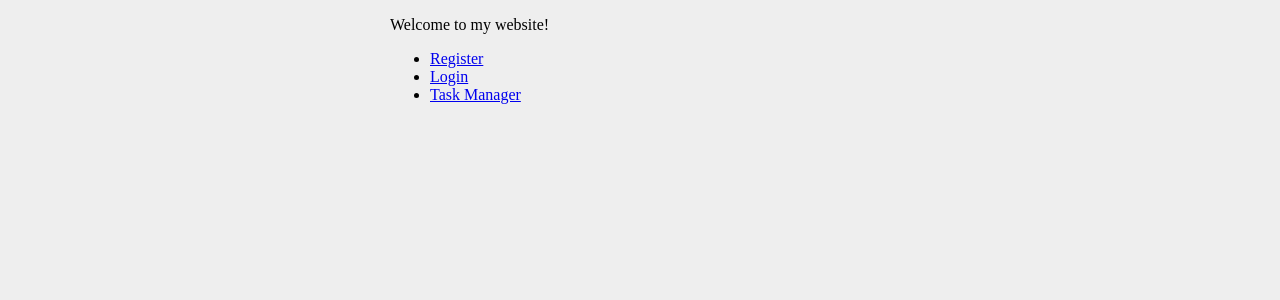
Repository: WillLiang918/Portfolio
Page: http://localhost/Task_Manager/
These files come from the project's save history. The page is drawn as it stood at one moment and after the next save; the edit follows.
The browser window is 1280 px wide. The pictures show the whole page.
The page is served by Tomcat 9. Other server files are loaded and not shown.

Above is the page before, as saved 2015-07-22 03:00:20.

### Task_Manager/WebContent/index.jsp
<%@ page language="java" contentType="text/html" pageEncoding="UTF-8"%>
<!DOCTYPE html>
<html>
<head>
<meta charset="utf-8">
<title>JSP AJAX Form</title>
<script src="javascript/jquery-2.1.4.js"></script>
<script src="javascript/basic.js"></script>
<link rel="stylesheet" href="css/basic.css" type="text/css" media="screen" />
</head>
<body>
	<p class="Large">Welcome to my website!</p>
	<ul id="site-menu">
		<li>
			<a href="RegisterUser.html" title="Register">Register</a>
		</li>
		<li>
			<a href="login.html" title="Login">Login</a>
		</li>
		<li>
			<a href="form.html" title="Task Manager">Task Manager</a>
		</li>
	</ul>
</body>
</html>

### Task_Manager/WebContent/javascript/basic.js
/**
 *
 */

$(document).ready(function(){
	$('#updateUsername').submit(function(){
		$.ajax({
			url: 'update',
			type: 'POST',
			dataType: 'json',
			data: $('#updateUsername').serialize(),
			success: function(data){
				if(data.isValid){
					$('#displayName').html('Your name is: ' + data.username);
					$('#displayName').slideDown(500);
				}
				else {
					alert('Please enter a valid username!')
				}
			}
		});
		return false;
	});
});

### Task_Manager/WebContent/css/basic.css
@CHARSET "UTF-8";

body {
	margin: 0px auto;
	width: 500px;
	background-color: #EEEEEE;
}

p.large{
	font-size:20px
}

p.small{
	font-size:15px;
}

p#displayName {
	display: none;
}

Loaded but not shown: Task_Manager/WebContent/javascript/jquery-2.1.4.js (library)

After the next save:
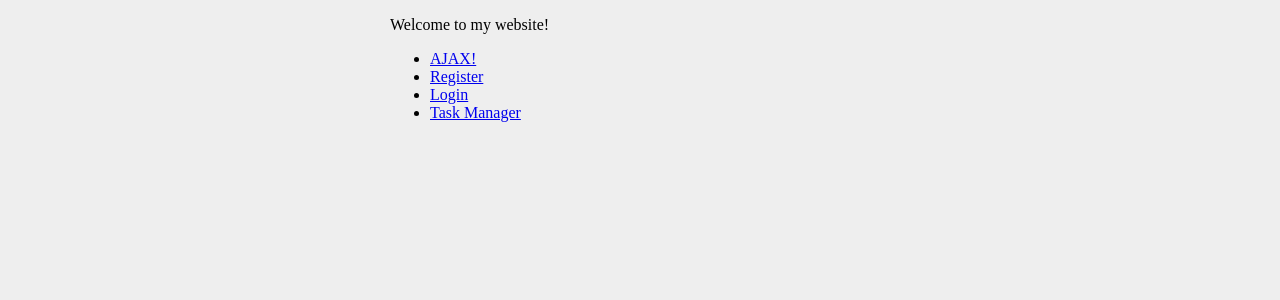
Saved 3 min 25 s later.
--- a/Task_Manager/WebContent/index.jsp
+++ b/Task_Manager/WebContent/index.jsp
@@ -12,6 +12,9 @@
 	<p class="Large">Welcome to my website!</p>
 	<ul id="site-menu">
 		<li>
+			<a href="index2.html" title="AJAX!">AJAX!</a>
+		</li>
+		<li>
 			<a href="RegisterUser.html" title="Register">Register</a>
 		</li>
 		<li>
